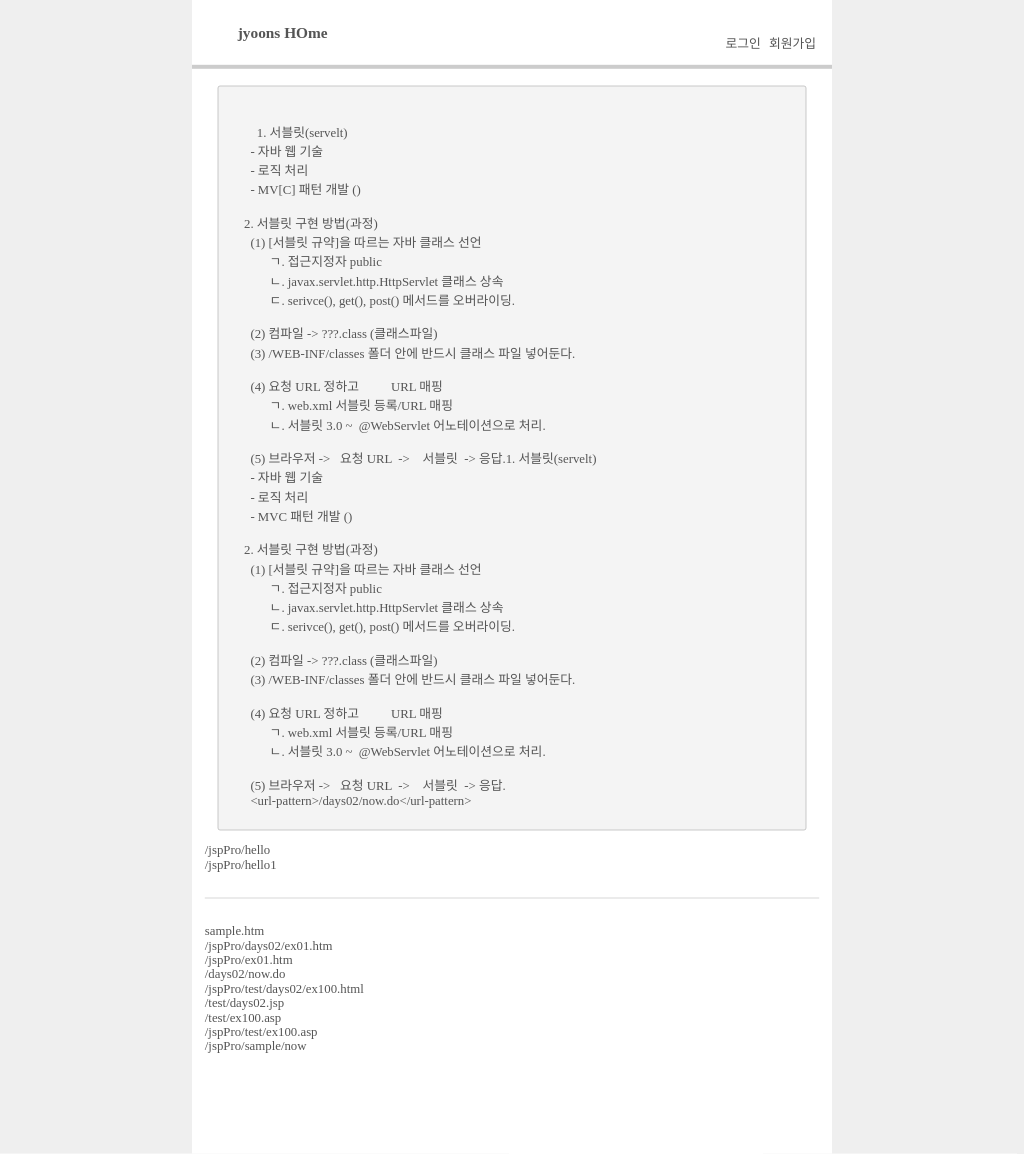
Repository: jyoons00/JSP-sample
Page: http://localhost/jspPro/days02/ex03.jsp
The author's editor kept a copy of each file at every save. The page is drawn from the files as they stood at one save, then again after the next save.
The browser window is 1280 px wide. The pictures show the whole page, at 80% of full size.
Some web fonts or font styles are not loaded; a fallback is used. The page is served by Tomcat 9.

Above is the page before, as saved 2024-10-16 08:18:35.

After the next save:
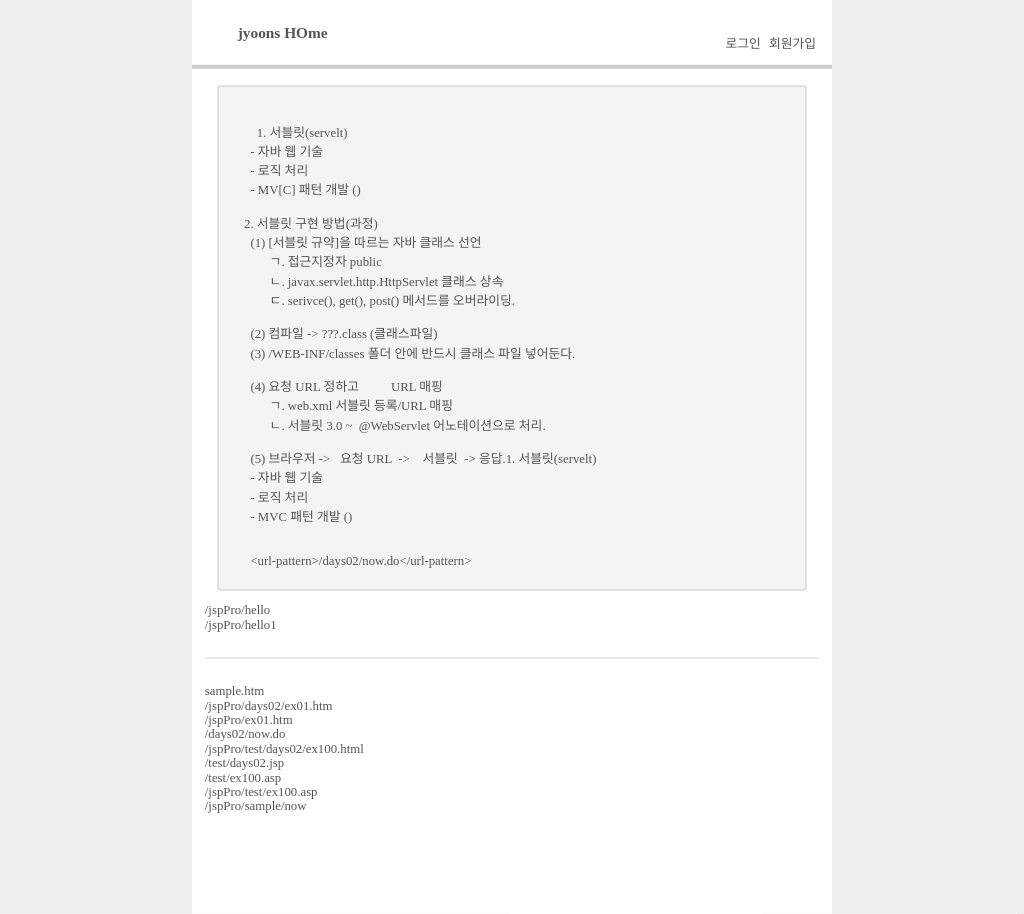
Saved 7 h 39 min later.
--- a/jspPro/src/main/webapp/days02/ex03.jsp
+++ b/jspPro/src/main/webapp/days02/ex03.jsp
@@ -58,20 +58,7 @@
       - 로직 처리
       - MVC 패턴 개발 ()
 
-    2. 서블릿 구현 방법(과정)
-      (1) [서블릿 규약]을 따르는 자바 클래스 선언
-            ㄱ. 접근지정자 public
-            ㄴ. javax.servlet.http.HttpServlet 클래스 상속
-            ㄷ. serivce(), get(), post() 메서드를 오버라이딩.
 
-      (2) 컴파일 -> ???.class (클래스파일)
-      (3) /WEB-INF/classes 폴더 안에 반드시 클래스 파일 넣어둔다.
-
-      (4) 요청 URL 정하고          URL 매핑
-            ㄱ. web.xml 서블릿 등록/URL 매핑
-            ㄴ. 서블릿 3.0 ~  @WebServlet 어노테이션으로 처리.
-
-      (5) 브라우저 ->   요청 URL  ->    서블릿  -> 응답.
       <url-pattern>/days02/now.do</url-pattern>
   	  </xmp>
 
